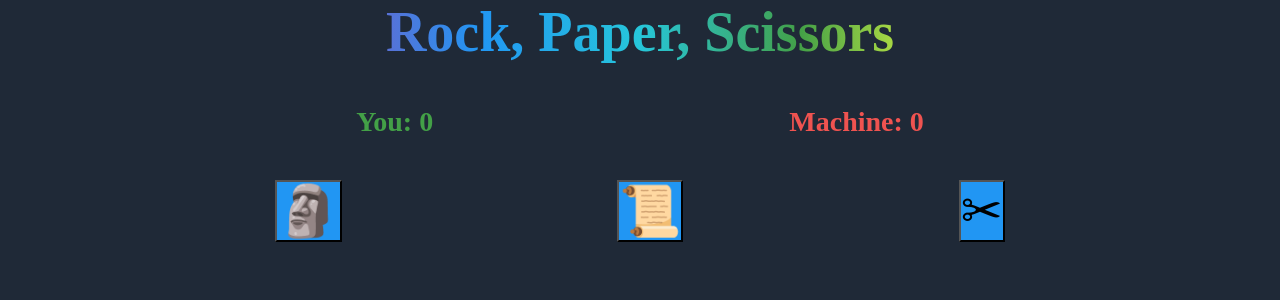
Repository: dung8466/RPS
Page: index.html
The author's editor kept a copy of each file at every save. The page is drawn from the files as they stood at one save, then again after the next save.
The browser window is 1280 px wide. The pictures show the whole page.

Above is the page before, as saved 2022-07-01 21:19:05.

After the next save:
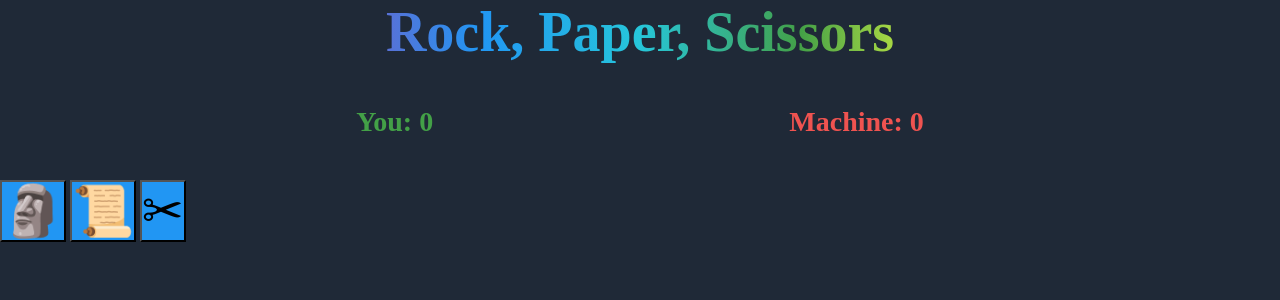
Saved 19 s later.
--- a/index.html
+++ b/index.html
@@ -20,7 +20,7 @@
             Machine: <span class="result-text" data-machine-result>0</span>
         </div>
     </div>
-    <div class="selections flex-box">
+    <div class="selections">
         <button class="selection" data-selection="rock">🗿</button>
         <button class="selection" data-selection="paper">📜</button>
         <button class="selection" data-selection="scissor">✂</button>
